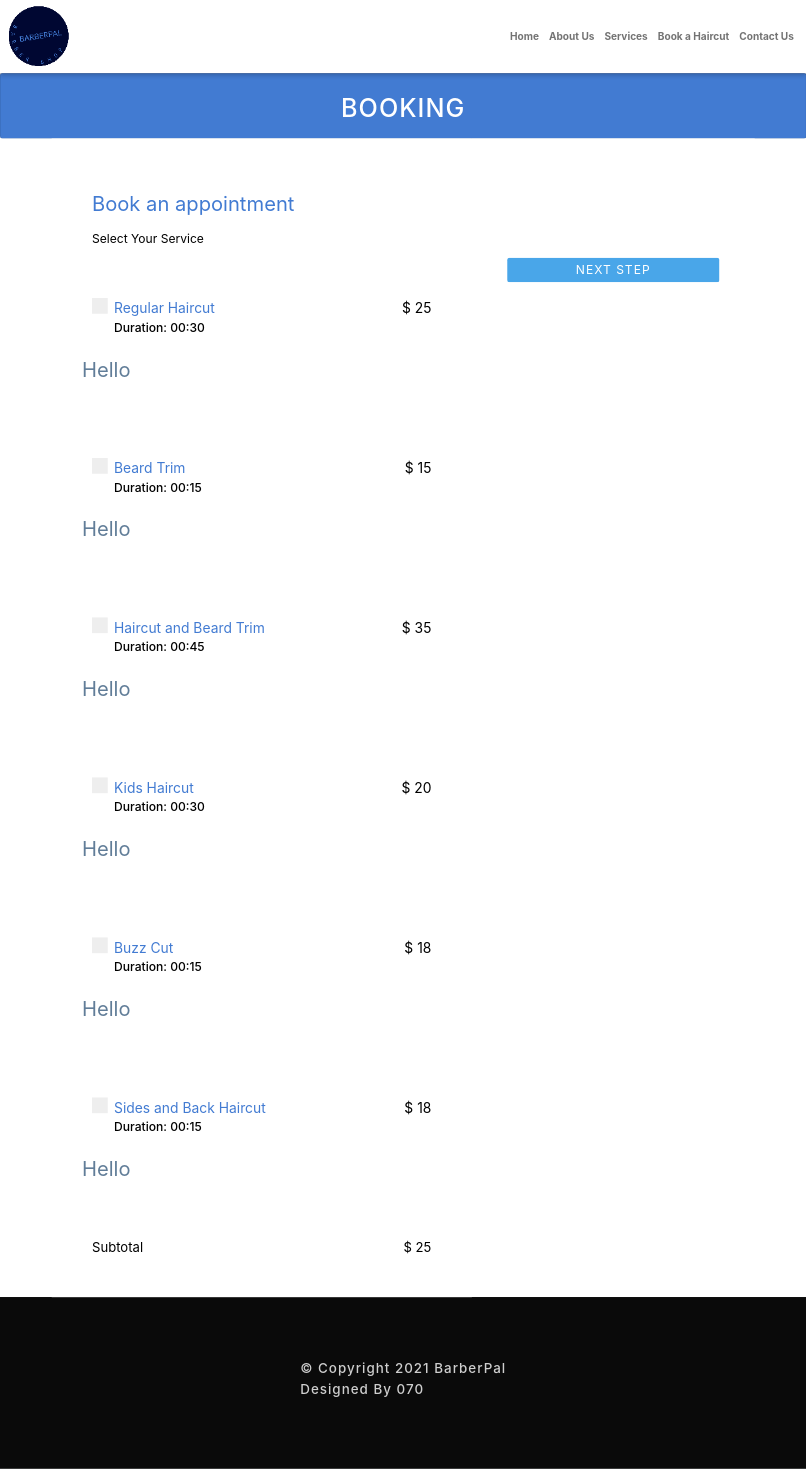
Repository: ofovweewere/haircutPal
Page: /services
These files come from the project's save history. The page is drawn as it stood at one moment and after the next save; the edit follows.
The browser window is 1280 px wide. The pictures show the whole page, at 63% of full size.
The project was rebuilt for these pictures with package versions that can differ from the ones it lists, and the page was loaded fresh each time. Also part of the build but not shown: src/tutorial/0-Practice/bookCut.js, src/tutorial/0-Practice/about.js, src/tutorial/0-Practice/servicesAndProducts.js, src/tutorial/0-Practice/contact.js, src/tutorial/0-Practice/landing.js, src/tutorial/0-Practice/checkboxOptionTwo.js, src/tutorial/0-Practice/error.js.

Above is the page before, as saved 2022-06-25 13:43:27.

### public/index.html
<!DOCTYPE html>
<html lang="en">
  <head>
    <meta charset="utf-8" />
    <link rel="icon" href="%PUBLIC_URL%/favicon.ico" />
    <meta name="viewport" content="width=device-width, initial-scale=1" />
    <meta name="theme-color" content="#000000" />
    <meta
      name="description"
      content="Web site created using create-react-app"
    />
    <link rel="apple-touch-icon" href="%PUBLIC_URL%/logo192.png" />
    <!--
      manifest.json provides metadata used when your web app is installed on a
      user's mobile device or desktop. See https://developers.google.com/web/fundamentals/web-app-manifest/
    -->
    <link rel="manifest" href="%PUBLIC_URL%/manifest.json" />
    <!--
      Notice the use of %PUBLIC_URL% in the tags above.
      It will be replaced with the URL of the `public` folder during the build.
      Only files inside the `public` folder can be referenced from the HTML.

      Unlike "/favicon.ico" or "favicon.ico", "%PUBLIC_URL%/favicon.ico" will
      work correctly both with client-side routing and a non-root public URL.
      Learn how to configure a non-root public URL by running `npm run build`.
    -->
    <title>React App</title>
  </head>
  <body class="Site">
    <noscript>You need to enable JavaScript to run this app.</noscript>
    <div id="root"></div>
    <!--
      This HTML file is a template.
      If you open it directly in the browser, you will see an empty page.

      You can add webfonts, meta tags, or analytics to this file.
      The build step will place the bundled scripts into the <body> tag.

      To begin the development, run `npm start` or `yarn start`.
      To create a production bundle, use `npm run build` or `yarn build`.
    -->
  </body>
</html>

### src/index.js
import React from 'react';
import ReactDOM from 'react-dom';

import App from './App';
// import '../node_modules/jquery/dist/jquery.min.js';
import '../node_modules/bootstrap/dist/css/bootstrap.min.css';
import '../node_modules/bootstrap/dist/js/bootstrap.min.js';
import '../node_modules/font-awesome/css/font-awesome.min.css';

import './index.css';
ReactDOM.render(
  <React.StrictMode>
    <App />
  </React.StrictMode>,
  document.getElementById('root')
);

### src/App.js
import React from 'react';
import Setup from './tutorial/0-Practice/index.js';
// import Setup from './tutorial/2-useEffect/final/3-useEffect-fetch-data.js';
function App() {
  return (
    <div >
      <Setup />
    </div>
  );
  }

export default App;

### src/index.css
/*
===============
Variables
===============
*/

:root {
  /* dark shades of primary color*/
  --clr-primary-1: hsl(205, 86%, 17%);
  --clr-primary-2: hsl(205, 77%, 27%);
  --clr-primary-3: hsl(205, 72%, 37%);
  --clr-primary-4: hsl(205, 63%, 48%);
  /* primary/main color */
  --clr-primary-5: hsl(205, 78%, 60%);
  /* lighter shades of primary color */
  --clr-primary-6: hsl(205, 89%, 70%);
  --clr-primary-7: hsl(205, 90%, 76%);
  --clr-primary-8: hsl(205, 86%, 81%);
  --clr-primary-9: hsl(205, 90%, 88%);
  --clr-primary-10: hsl(205, 100%, 96%);
  /* darkest grey - used for headings */
  --clr-grey-1: hsl(209, 61%, 16%);
  --clr-grey-2: hsl(211, 39%, 23%);
  --clr-grey-3: hsl(209, 34%, 30%);
  --clr-grey-4: hsl(209, 28%, 39%);
  /* grey used for paragraphs */
  --clr-grey-5: hsl(210, 22%, 49%);
  --clr-grey-6: hsl(209, 23%, 60%);
  --clr-grey-7: hsl(211, 27%, 70%);
  --clr-grey-8: hsl(210, 31%, 80%);
  --clr-grey-9: hsl(212, 33%, 89%);
  --clr-grey-10: hsl(210, 36%, 96%);
  --clr-white: #fff;
  --clr-red-dark: hsl(360, 67%, 44%);
  --clr-red-light: hsl(360, 71%, 66%);
  --clr-green-dark: hsl(125, 67%, 44%);
  --clr-green-light: hsl(125, 71%, 66%);
  --clr-black: #222;
  --transition: all 0.3s linear;
  --spacing: 0.1rem;
  --radius: 0.25rem;
  --light-shadow: 0 5px 15px rgba(0, 0, 0, 0.1);
  --dark-shadow: 0 5px 15px rgba(0, 0, 0, 0.4);
  --max-width: 1170px;
  --fixed-width: 450px;
  --clr-orange-1: hsl(12, 83%, 98%);
  --clr-orange-2: hsl(14, 91%, 95%);
  --clr-orange-3: hsl(12, 89%, 89%);
  --clr-orange-4: hsl(13, 87%, 82%);
  --clr-orange-5: hsl(13, 88%, 68%);
  --clr-orange-6: hsl(13, 88%, 55%);
  --clr-orange-7: hsl(13, 74%, 49%);
  --clr-orange-8: hsl(13, 74%, 33%);
  --clr-orange-9: hsl(13, 73%, 25%);
  --clr-orange-10: hsl(13, 73%, 16%);
}
/*
===============
Global Styles
===============
*/

*,
::after,
::before {
  margin: 0;
  padding: 0;
  box-sizing: border-box;
}
body {
  font-family: -apple-system, BlinkMacSystemFont, 'Segoe UI', Roboto, Oxygen,
    Ubuntu, Cantarell, 'Open Sans', 'Helvetica Neue', sans-serif;
  background: var(--clr-grey-10);
  color: var(--clr-grey-1);
  line-height: 1.5;
  font-size: 0.875rem;
}
.Site {
  display: flex;
  min-height: 100vh;
  flex-direction: column;
}
.Site-content {
  flex: 1;
}
.bold
{
  font-weight:bold;
}

.nav-link {
color:#427bd2 ;
font-weight: bold;
}
.breakSection
{
  color:#427bd2 ;
font-weight: normal;
width: 100%;
min-height:6.5rem;
background:#0a0a0a;
}


ul {
  list-style-type: none;
}
a {
  text-decoration: none;
}
h1,
h2,
h3,
h4,
.under,
.titleDescription {
  letter-spacing: var(--spacing);
  text-transform: capitalize;
  line-height: 1.25;
  margin-bottom: 0.75rem;
}
h1 {
  font-size: 3rem;
}
h2,.titleDescription {
  font-size: 2rem;
}

.under
{
  margin-top:2rem;
}
.under, .title, .contact {
  font-size: 1.5rem;
}

 .smallText {
    font-size: 1rem;
  }

  .smallTextTwo {
    font-size: 1.1rem;
  }

h3 {
  font-size: 1.25rem;
},
.h3 {
    font-size: 1.0rem;
  },
h4 {
  font-size: 0.875rem;
}
p {
  margin-bottom: 1.25rem;
  color: var(--clr-grey-5);
}



  /* @media screen and (max-width: 767px) {
    #navbarSupportedContent
        {
            position: fixed !important;
            right: 5rem;
            left: 5rem;
            top:7.3rem;
            background-color: #fff !important;
            border-color: #427bd2 transparent transparent transparent;
            border-style:solid;
        }



  }       */

/* The containers */
.containers {
  display: block;
  position: relative;
  padding-left: 2.188rem;
  margin-bottom: 0.75rem;
  cursor: pointer;
  font-size: 1.375rem;
  -webkit-user-select: none;
  -moz-user-select: none;
  -ms-user-select: none;
  user-select: none;
}

/* Hide the browser's default checkbox */
.containers input {
  position: absolute;
  opacity: 0;
  cursor: pointer;
  height: 0;
  width: 0;
}

/* Create a custom checkbox */
.checkmark {
  position: absolute;
  top: 0;
  left: 0;
  height: 1.563rem;
  width: 1.563rem;
  background-color: #eee;
}

/* On mouse-over, add a grey background color */
.containers:hover input ~ .checkmark {
   /* background-color: #ccc; */
}

/* When the checkbox is checked, add a blue background */
.containers input:checked ~ .checkmark {
   background-color: #2196F3;
}

/* Create the checkmark/indicator (hidden when not checked) */
.checkmark:after {
  content: "";
  position: absolute;
  display: none;
  box-sizing: content-box !important;
}

/* Show the checkmark when checked */
.containers input:checked ~ .checkmark:after {
  display: block;
  box-sizing: content-box !important;
}

/* Style the checkmark/indicator */
.containers .checkmark:after {
  left: 0.563rem;
  top:0.313rem;
  width:0.313rem;
  height: 0.625rem;
  border: solid white;
  border-width: 0 0.188rem 0.188rem 0;
  -webkit-transform: rotate(45deg);
  -ms-transform: rotate(45deg);
  transform: rotate(45deg);
  box-sizing: content-box !important;
}

.hovering div:hover
{
  background:#f3f8fc;
}


/**************************/

/* The containersTwo */
.containersTwo {
  display: block;
  position: relative;
  padding-left: 2.188rem;
  margin-bottom: 0.75rem;
  cursor: pointer;
  font-size: 1.375rem;
  -webkit-user-select: none;
  -moz-user-select: none;
  -ms-user-select: none;
  user-select: none;
}

/* Hide the browser's default checkbox */
.containersTwo input {
  position: absolute;
  opacity: 0;
  cursor: pointer;
  height: 0;
  width: 0;
}

/* Create a custom checkbox */
.checkmarks {
  position: absolute;
  top: 0;
  right: 0;
  height: 1.563rem;
  width: 1.563rem;
  background-color: #eee;
}

/* On mouse-over, add a grey background color */
.containersTwo:hover input ~ .checkmarks {
   /* background-color: #ccc; */
}

/* When the checkbox is checked, add a blue background */
.containersTwo input:checked ~ .checkmarks {
   background-color: #2196F3;
}

/* Create the checkmarks/indicator (hidden when not checked) */
.checkmarks:after {
  content: "";
  position: absolute;
  display: none;
  box-sizing: content-box !important;
}

/* Show the checkmarks when checked */
.containersTwo input:checked ~ .checkmarks:after {
  display: block;
  box-sizing: content-box !important;
}

/* Style the checkmarks/indicator */
.containersTwo .checkmarks:after {
  left: 0.563rem;
  top:0.313rem;
  width:0.313rem;
  height: 0.625rem;
  border: solid white;
  border-width: 0 0.188rem 0.188rem 0;
  -webkit-transform: rotate(45deg);
  -ms-transform: rotate(45deg);
  transform: rotate(45deg);
  box-sizing: content-box !important;
}/* The containersTwo */
.containersTwo {
  display: block;
  position: relative;
  padding-left: 2.188rem;
  margin-bottom: 0.75rem;
  cursor: pointer;
  font-size: 1.375rem;
  -webkit-user-select: none;
  -moz-user-select: none;
  -ms-user-select: none;
  user-select: none;
}

/* Hide the browser's default checkbox */
.containersTwo input {
  position: absolute;
  opacity: 0;
  cursor: pointer;
  height: 0;
  width: 0;
}

/* Create a custom checkbox */
.checkmarks {
  position: absolute;
  top: 0;
  right: 0;
  height: 1.563rem;
  width: 1.563rem;
  background-color: #eee;
}

/* On mouse-over, add a grey background color */
.containersTwo:hover input ~ .checkmarks {
   /* background-color: #ccc; */
}

/* When the checkbox is checked, add a blue background */
.containersTwo input:checked ~ .checkmarks {
   background-color: #2196F3;
}

/* Create the checkmarks/indicator (hidden when not checked) */
.checkmarks:after {
  content: "";
  position: absolute;
  display: none;
  box-sizing: content-box !important;
}

/* Show the checkmarks when checked */
.containersTwo input:checked ~ .checkmarks:after {
  display: block;
  box-sizing: content-box !important;
}

/* Style the checkmarks/indicator */
.containersTwo .checkmarks:after {
  left: 0.563rem;
  top:0.313rem;
  width:0.313rem;
  height: 0.625rem;
  border: solid white;
  border-width: 0 0.188rem 0.188rem 0;
  -webkit-transform: rotate(45deg);
  -ms-transform: rotate(45deg);
  transform: rotate(45deg);
  box-sizing: content-box !important;
}
@media screen and (min-width: 800px) {
  .about{
    display:flex;
  }
  .haircuts, .haircutsCombo
{
  display:grid;
}
  h1 {
    font-size: 4rem;
  }
  h2,.titleDescription {
    font-size: 2.5rem;
  }

   .under,.title, .contact {
    font-size: 2rem;
  }

   .smallText {
    font-size: 1.2rem;
  }

   .smallTextTwo {
    font-size: 1.3rem;
  }

  h3 {
    font-size: 1.33rem;
  },
  .h3 {
    font-size: 1.0rem;
  },
  h4 {
    font-size: 1rem;
  }
  body {
    font-size: 1rem;
  }
  h1,
  h2,
  h3,
  h4,
  .under,.title, .titleDescription{
    line-height: 1;
  }
}
/*  global classes */

/* section */
.section,
/* .container {
  width: 90vw;
  margin: 0 auto;
  max-width: var(--max-width);
} */

@media screen and (min-width: 992px) {
  .about{
    display:flex;
  }
  .haircuts,.haircutsCombo
{
  display:grid;
}
  .section {
    width: 95vw;
  }
}

/* .container {
  text-align: center;
  margin-top: 0;
} */
.btn {
  display: inline-block;
  background: var(--clr-primary-5);
  color: var(--clr-white);
  padding: 0.25rem 0.75rem;
  border-radius: var(--radius);
  border-color: transparent;
  text-transform: capitalize;
  font-size: 1rem;
  letter-spacing: var(--spacing);
  margin-top: 2rem;
  margin-left: 0.5rem;
  margin-right: 0.5rem;
  cursor: pointer;
  transition: var(--transition);
}
.btn:hover {
  background: var(--clr-primary-1);
  color: var(--clr-primary-5);
}
.item {
  background: var(--clr-white);
  display: flex;
  justify-content: space-between;
  max-width: var(--fixed-width);
  margin: 2rem auto;
  align-items: center;
  border-radius: var(--radius);
}
.item button,
.item a {
  background: transparent;
  border-color: transparent;
  color: var(--clr-primary-5);
  letter-spacing: var(--spacing);
  cursor: pointer;
}
.item {
  padding: 1rem 2rem;
}
.item h4 {
  margin-bottom: 0;
}
.item p {
  margin-bottom: 0;
}
.modal {
  position: absolute;
  top: 2rem;
  left: 50%;
  transform: translateX(-50%);
  background: var(--clr-white);
  display: inline-block;
  padding: 0.25rem 1rem;
  border-radius: var(--radius);
  text-transform: capitalize;
}

.modal p {
  margin-bottom: 0;
  color: var(--clr-red-dark);
}
.form {
  background: var(--clr-white);
  max-width: var(--fixed-width);
  margin: 0 auto;
  margin-bottom: 4rem;
  padding: 1rem 2rem;
  border-radius: var(--radius);
}
.form input {
  background: var(--clr-grey-10);
  border-color: transparent;
  border-radius: var(--radius);
  padding: 0.25rem 0.5rem;
}
.form-control {
  margin: 0.5rem 0;
  display: grid;
  grid-template-columns: 100px 1fr;
  align-items: center;
}
.form button {
  display: inline-block;
  background: var(--clr-black);
  color: var(--clr-white);
  border-color: transparent;
  margin-top: 1rem;
  letter-spacing: var(--spacing);
  padding: 0.15rem 0.25rem;
  text-transform: capitalize;
  border-radius: var(--radius);
  cursor: pointer;
}
.nav-links {
  max-width: var(--fixed-width);
  margin: 0 auto;
  margin-bottom: 4rem;
  display: grid;
  grid-template-columns: repeat(3, 1fr);
}




.haircutsCombo {



  grid-template-columns: repeat(2, minmax(0, 1fr));
   gap: 2rem;
  margin: 1rem 1rem 1rem 2rem;
}

.haircutsCombo > p {
  border: 5px solid #427bd2;
  overflow-wrap: break-word;
}

.haircuts {



  grid-template-columns: repeat(3, minmax(0, 1fr));
   gap: 2rem;
  margin: 1rem 1rem 1rem 2rem;
}

.haircuts > p {
  border: 5px solid #427bd2;
  overflow-wrap: break-word;
}

.title
{
  font-weight: normal;
  color: #fff;
  background:#427bd2;
  padding: 1rem;
  text-align: center;
}

.contact > div
{
  font-weight: normal;


  padding: 2rem;

}


td
{
  vertical-align:top;

}
.table
{
  color: white;
}
table {
  border-collapse: separate;
  border-spacing: 1rem 1rem ;
}
.titleDescription
{
  display: flex;
  align-items: center;
  justify-content: center;
  color:#333;
  padding:2rem;
font-weight: bold;


}

.nav-links a {
  color: var(--clr-grey-5);
}
.users {
  display: grid;
  grid-template-columns: repeat(auto-fit, minmax(300px, 1fr));
  gap: 2rem;
  margin: 3rem auto;
}
.users li {
  width: 100%;
  display: flex;
  align-items: center;
  background: var(--clr-white);
  padding: 1rem 2rem;
  border-radius: var(--radius);
  text-align: left;
}
.users img {
  width: 50px;
  height: 50px;
  border-radius: 50%;
  margin-right: 1rem;
}
.users h4 {
  margin-bottom: 0.15rem;
}
.users a {
  color: var(--clr-grey-5);
  text-transform: capitalize;
}

.products {
  margin: 4rem 0;
  display: grid;
  gap: 2rem;
}
@media screen and (min-width: 576px) {
  .products {
    grid-template-columns: repeat(auto-fit, minmax(300px, 1fr));
  }
}
.product {
  background: var(--clr-white);
  border-radius: var(--radius);
}
.product img {
  border-top-left-radius: var(--radius);
  border-top-right-radius: var(--radius);

  width: 100%;
  height: 15rem;
  object-fit: cover;
}
.product h4 {
  margin-top: 1rem;
}

.product button {
  margin-bottom: 1rem;
  background: var(--clr-primary-5);
  border-radius: var(--radius);
  border-color: transparent;
  color: var(--clr-white);
  padding: 0.25rem 0.5rem;
  text-transform: capitalize;
  cursor: pointer;
}

### src/tutorial/0-Practice/footer.js
import React, { useState, useEffect } from 'react';
import companyLogo from '../../assets/logo.png';

const Footer = () => {

  return (
    <>
      <nav  style={{ backgroundColor: '#0a0a0a', display: 'flex',minHeight: '17rem',justifyContent: 'center', alignItems:'end' }}>
        <div class="container-fluid" style={{ color: '#cecece', alignSelf:'center', width:'auto'  }}>
          <h3 >&copy; Copyright 2021 BarberPal </h3>

          <div>
            <h3  > Designed by 070</h3>
          </div>
        </div>
      </nav>
    </>
  );
};

export default Footer;

### src/tutorial/0-Practice/breakSection.js
import React, { useState, useEffect } from 'react';

const BreakSection = ({ title, ID, background, color }) => {
  const [elementClass, setClass] = useState(
    window.innerWidth < 992
      ? '0px'
      : '100px'
  );
  const checkSize = () => {
    if (window.innerWidth < 992) {
      setClass('0px');
    } else {
      setClass('100px');
    }
  };
  useEffect(() => {

    window.addEventListener('resize', checkSize);
    return () => {
      window.removeEventListener('resize', checkSize);
    };
  }, []);
  return (
    <>
      <div className="card breakSection" id={ID} style={{ scrollMarginTop: elementClass, background:background, color:color }}>
        <div
          class="card-body"
          style={{ display: 'flex', alignItems: 'end', justifyContent: 'center' }}
        >
          <h2>{title}</h2>
        </div>
      </div>
    </>
  );
};

export default BreakSection;

### src/tutorial/0-Practice/checkboxOption.js
import React, { useContext}  from 'react';
import {BookingsContext} from './index.js';
const CheckboxOption = ({title, description, cost, idd}) => {
  let {bookings,checked, itemSelection} = useContext(BookingsContext);

  return (
    <>
      <div
        className="card hovering"
        style={{
          color: 'var(--clr-white)',
          width: '100%',
          minHeight: '10rem',
          background: 'var(--clr-primary-5)',
          border: 'transparent',
        }}
      >
        <div
          class="card-body contact "
          style={{
            display: 'flex',
            alignItems: 'left',
            justifyContent: 'left',
            flexGrow: '1',
            flexDirection: 'column',
            background: '#fff',
            paddingTop: '0',
            paddingBottom: '0',
          }}
        >
          <div className="whiteParagraph">
            <table className="whiteParagraphTab" style={{ width: '100%' }}>
              <thead>
                <tr>
                  <th></th>
                </tr>
              </thead>
              <tbody>
                <tr style={{ color: '#427bd2', fontWeight: 'normal' }}>
                  <td>
                    <label class="containers">
                      <table style={{ borderCollapse: 'collapse', width: '100%' }}>
                        <thead>
                          <tr>
                            <th></th>
                          </tr>
                        </thead>
                        <tbody>
                          <tr>
                            <td>
                              <span style={{ display: 'flex' }}>
                                <span style={{ flexGrow: '1' }}>{title}</span>
                                <span style={{ color: 'black' }}>$ {cost}</span>
                              </span>
                            </td>
                          </tr>
                          <tr class="smallText" style={{ color: 'black', fontWeight: '500' }}>
                            <td>Duration: {description}</td>
                          </tr>

                        </tbody>
                      </table>
                      <input
                        type="checkbox"
                        onChange={() => itemSelection(idd)}
                        disabled={bookings[idd]}
                        checked={checked[idd]}
                      />
                      <span class="checkmark"></span>
                    </label>
                  </td>
                </tr>

                {/* <tr class="smallText" style={{ color: 'black', fontWeight: 'normal' }}>
                  <td>Duration: {description}</td>
                </tr> */}
              </tbody>
            </table>
            <p>Hello</p>
          </div>
          {/* <div style={{color:'#427bd2',fontWeight:'normal'}} >
             <label class="containers">
                {title}
            <input type="checkbox" />
            <span class="checkmark"></span>
            </label>
            </div>
            <div class='smallText'style={{color:'black', fontWeight:'normal'}}>
                Duration: {description}
            </div> */}

        </div>
      </div>
    </>
  );
};

export default CheckboxOption;

### src/tutorial/0-Practice/footing.js
import React from 'react';

const Footing = ({title, description}) => {


  return (
    <>
      <div
        className="card"
        style={{
          color: 'var(--clr-white)',
          width: '100%',

          background: 'var(--clr-primary-5)',
          border: 'transparent',
        }}
      >
        <div
          class="card-body contact "
          style={{
            display: 'flex',
            alignItems: 'left',
            justifyContent: 'left',
            flexGrow: '1',
            flexDirection: 'column',
            background: '#fff',
            paddingTop: '0',
          }}
        >
          <div className="whiteParagraph" style={{ paddingTop: '0', marginBottom:'0' }}>
            <table className="whiteParagraphTab" style={{ width: '100%' }}>
              <thead>
                <tr>
                  <th></th>
                </tr>
              </thead>
              <tbody>
                <tr class="smallTextTwo" style={{ color: 'black', fontWeight: 'normal' }}>
                  <td>
                    <span style={{ display: 'flex' }}>
                      <span style={{ flexGrow: '1' }}>{title}</span>
                      <span style={{ color: 'black' }}>$ {description}</span>
                    </span>
                  </td>
                </tr>
              </tbody>
            </table>
          </div>
        </div>
      </div>
    </>
  );
};

export default Footing;

Loaded but not shown: src/tutorial/0-Practice/booking.js (111 lines, source omitted); src/tutorial/0-Practice/header.js (115 lines, source omitted); src/tutorial/0-Practice/dummyHeader.js (113 lines, source omitted); src/tutorial/0-Practice/index.js (66 lines, source omitted); src/tutorial/0-Practice/blueButton.js (54 lines, source omitted); src/tutorial/0-Practice/heading.js (62 lines, source omitted)

After the next save:
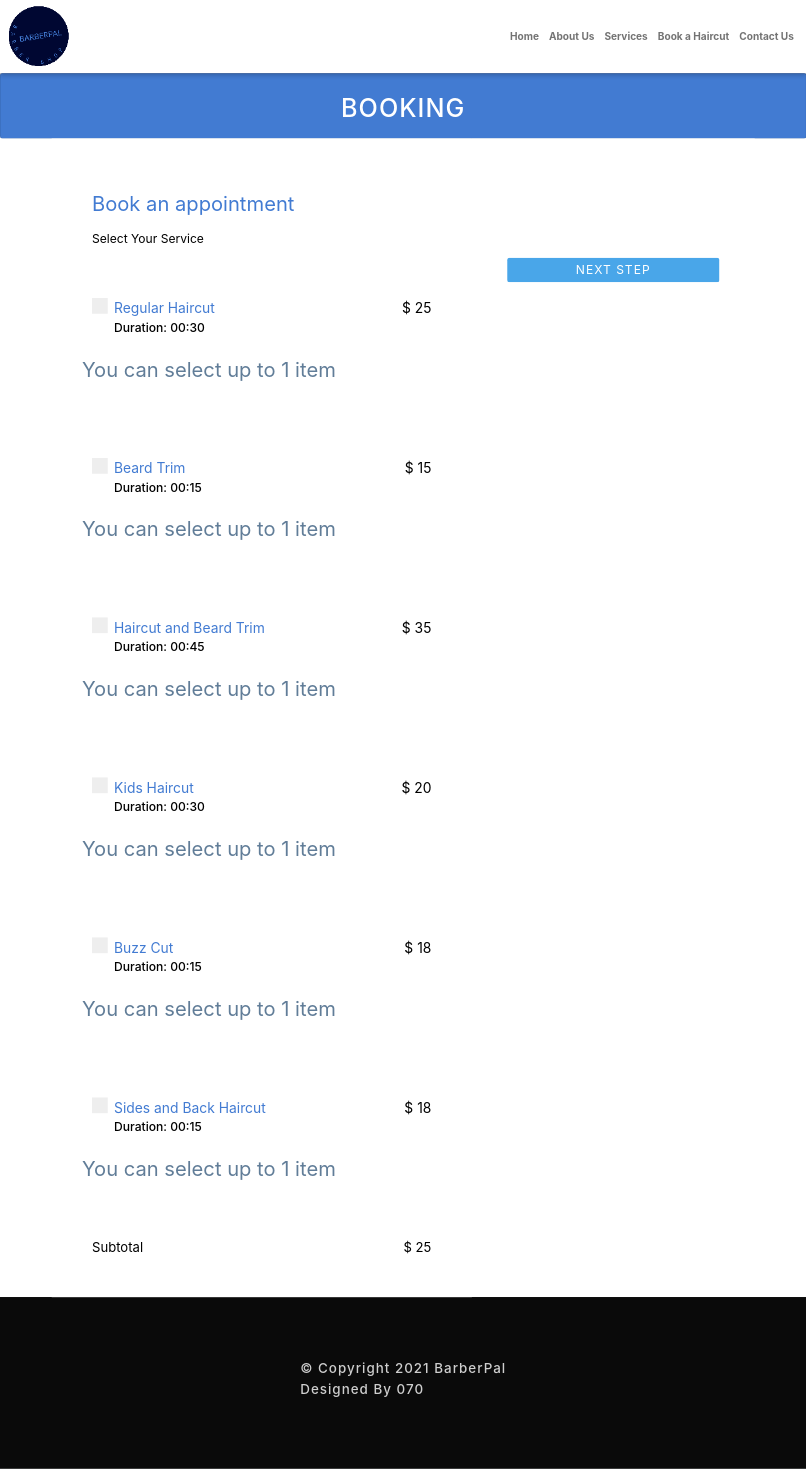
Saved 3 min 26 s later.
--- a/src/tutorial/0-Practice/checkboxOption.js
+++ b/src/tutorial/0-Practice/checkboxOption.js
@@ -76,7 +76,7 @@ const CheckboxOption = ({title, description, cost, idd}) => {
                 </tr> */}
               </tbody>
             </table>
-            <p>Hello</p>
+            <p>You can select up to 1 item</p>
           </div>
           {/* <div style={{color:'#427bd2',fontWeight:'normal'}} >
              <label class="containers">
